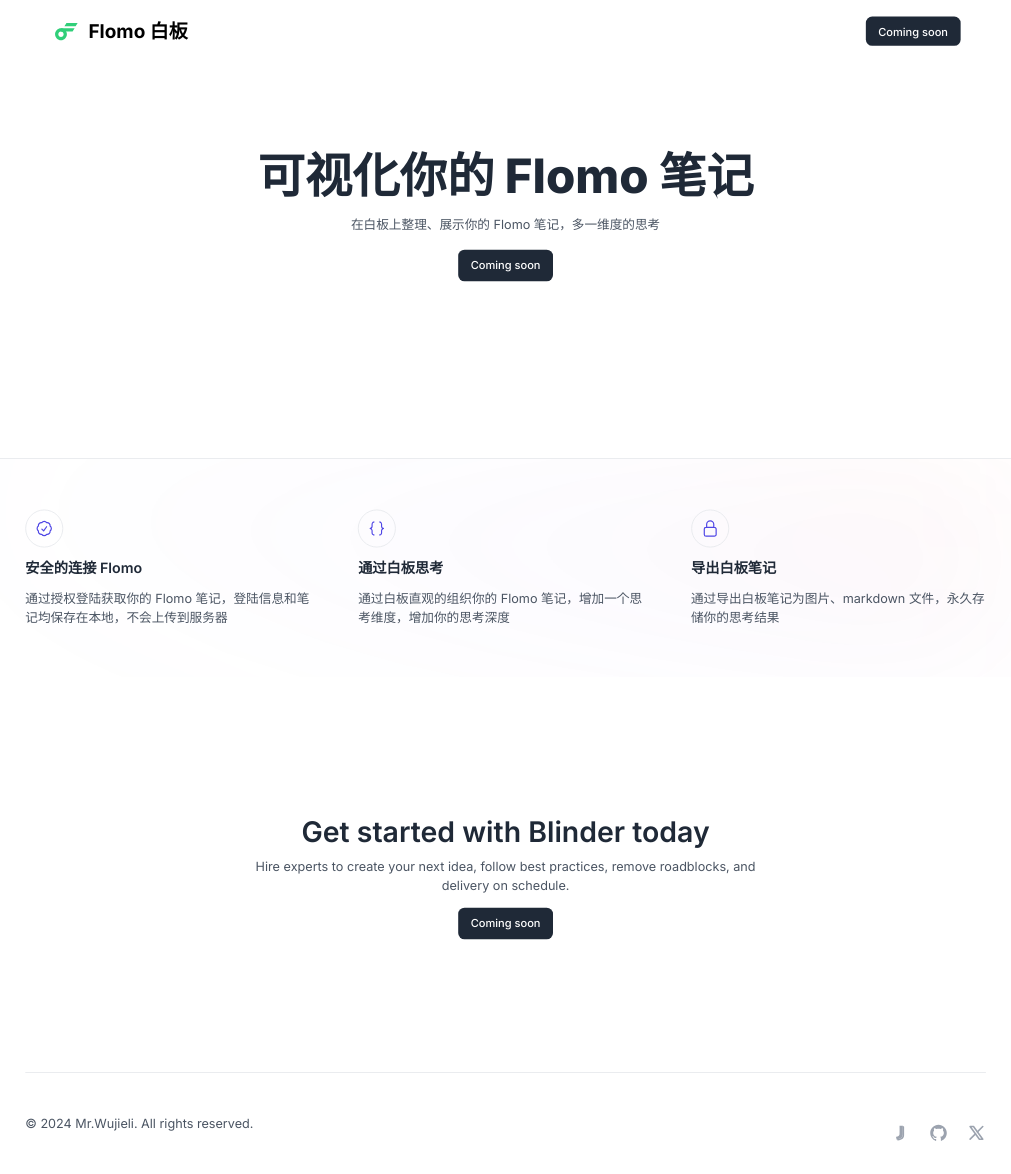
Repository: wujieli0207/flomo-board
Page: /
The author's editor kept a copy of each file at every save. The page is drawn from the files as they stood at one save, then again after the next save.
The browser window is 1280 px wide. The pictures show the whole page, at 79% of full size.
The project was rebuilt for these pictures with package versions that can differ from the ones it lists, and the page was loaded fresh each time. The framework's server and built-in components were replaced by stand-ins that run in the browser. Also part of the build but not shown: next.config.mjs.

Above is the page before, as saved 2024-06-22 20:26:35.

### app/page.tsx
import GradientWrapper from '@/components/GradientWrapper'
import Features from '@/components/ui/Features'
import Footer from '@/components/ui/Footer'
import FooterCTA from '@/components/ui/FooterCTA'
import Hero from '@/components/ui/Hero'
import Navbar from '@/components/ui/Navbar'

export default function Home() {
  return (
    <>
      <Navbar />
      <main className="flex min-h-screen flex-col items-center justify-between">
        <Hero />
        <GradientWrapper>
          <Features />
        </GradientWrapper>
        <FooterCTA />
      </main>
      <Footer />
    </>
  )
}

### app/globals.css
@tailwind base;
@tailwind components;
@tailwind utilities;

.custom-screen {
  @apply max-w-screen-xl mx-auto px-4 md:px-8;
}

.gradient-border {
  border: 1px solid transparent;
  background: linear-gradient(white, white),
    linear-gradient(
      25deg,
      rgba(209, 213, 219, 1),
      rgba(209, 213, 219, 1),
      rgba(0, 0, 0, 0.63),
      rgba(209, 213, 219, 1),
      rgba(209, 213, 219, 1)
    );
  background-clip: padding-box, border-box;
  background-origin: padding-box, border-box;
}

### components/GradientWrapper.tsx
import { ReactNode } from 'react'

interface IProps {
  children: ReactNode
  className?: string
}

const GradientWrapper = ({ children, className = '' }: IProps) => (
  <div
    className={`relative overflow-hidden my-16 border-t sm:my-28 ${
      className ?? ''
    }`}
  >
    <div
      className="blur-[100px] absolute inset-0 w-full h-full"
      style={{
        background:
          'linear-gradient(202.72deg, rgba(237, 78, 80, 0.05) 14.76%, rgba(152, 103, 240, 0.04) 34.37%, rgba(152, 103, 240, 0) 86.62%)',
      }}
    ></div>
    <div className="relative">{children}</div>
  </div>
)

export default GradientWrapper

### components/ui/Features/index.tsx
import SectionWrapper from '../../SectionWrapper'

const Features = () => {
  const features = [
    {
      icon: (
        <svg
          xmlns="http://www.w3.org/2000/svg"
          fill="none"
          viewBox="0 0 24 24"
          strokeWidth={1.5}
          stroke="currentColor"
          className="w-6 h-6"
        >
          <path
            strokeLinecap="round"
            strokeLinejoin="round"
            d="M9 12.75L11.25 15 15 9.75M21 12c0 1.268-.63 2.39-1.593 3.068a3.745 3.745 0 01-1.043 3.296 3.745 3.745 0 01-3.296 1.043A3.745 3.745 0 0112 21c-1.268 0-2.39-.63-3.068-1.593a3.746 3.746 0 01-3.296-1.043 3.745 3.745 0 01-1.043-3.296A3.745 3.745 0 013 12c0-1.268.63-2.39 1.593-3.068a3.745 3.745 0 011.043-3.296 3.746 3.746 0 013.296-1.043A3.746 3.746 0 0112 3c1.268 0 2.39.63 3.068 1.593a3.746 3.746 0 013.296 1.043 3.746 3.746 0 011.043 3.296A3.745 3.745 0 0121 12z"
          />
        </svg>
      ),
      title: '安全的连接 Flomo',
      desc: '通过授权登陆获取你的 Flomo 笔记，登陆信息和笔记均保存在本地，不会上传到服务器',
    },
    {
      icon: (
        <svg
          className="w-6 h-6"
          viewBox="0 0 24 24"
          fill="none"
          xmlns="http://www.w3.org/2000/svg"
        >
          <path
            fill-rule="evenodd"
            clip-rule="evenodd"
            d="M9 4.476V3H8.865C8.3955 3 7.941 3.093 7.5015 3.2775C7.06407 3.46087 6.66854 3.73136 6.339 4.0725C6.01829 4.39483 5.76667 4.77915 5.5995 5.202V5.2035C5.45069 5.60502 5.35097 6.02305 5.3025 6.4485V6.4515C5.25984 6.8816 5.24781 7.31419 5.2665 7.746C5.2845 8.181 5.2935 8.616 5.2935 9.0495C5.2935 9.354 5.2335 9.639 5.118 9.9075V9.909C4.89786 10.433 4.48805 10.8546 3.9705 11.0895C3.70659 11.2048 3.42148 11.2635 3.1335 11.262H3V12.738H3.135C3.4275 12.738 3.705 12.798 3.969 12.9195L3.9705 12.921C4.2375 13.038 4.464 13.197 4.653 13.398L4.656 13.401C4.851 13.596 5.0055 13.8285 5.1165 14.0985L5.118 14.1015C5.235 14.3715 5.2935 14.6535 5.2935 14.9505C5.2935 15.3855 5.2845 15.8205 5.2665 16.254C5.2485 16.698 5.2605 17.1315 5.3025 17.559V17.5605C5.352 17.985 5.451 18.3975 5.598 18.7965V18.798C5.757 19.2075 6.0045 19.584 6.339 19.9275C6.6735 20.2725 7.062 20.538 7.5015 20.7225C7.941 20.907 8.3955 21 8.8665 21H9V19.524H8.865C8.565 19.524 8.2845 19.467 8.0205 19.3515C7.76585 19.2325 7.53389 19.0701 7.335 18.8715C7.14192 18.666 6.98519 18.4291 6.8715 18.171C6.7605 17.901 6.7065 17.616 6.7065 17.3115C6.7065 16.9695 6.711 16.632 6.723 16.3035C6.735 15.9615 6.735 15.6285 6.723 15.306C6.71771 14.9845 6.69015 14.6637 6.6405 14.346C6.59278 14.0326 6.50819 13.726 6.3885 13.4325C6.15504 12.8646 5.77322 12.3698 5.283 12C5.77377 11.6304 6.15612 11.1356 6.39 10.5675C6.51 10.2795 6.5925 9.978 6.642 9.6645C6.6915 9.3495 6.7185 9.03 6.7245 8.7045C6.7365 8.3745 6.7365 8.0415 6.7245 7.7055C6.7125 7.3695 6.7065 7.0305 6.7065 6.6885C6.7039 6.25858 6.82703 5.83727 7.06076 5.47643C7.29448 5.11558 7.6286 4.83093 8.022 4.6575C8.28687 4.53605 8.57512 4.4741 8.8665 4.476H9ZM15 19.524V21H15.135C15.6045 21 16.059 20.907 16.4985 20.7225C16.938 20.538 17.3265 20.2725 17.661 19.9275C17.9955 19.5825 18.243 19.2075 18.4005 18.798V18.7965C18.5505 18.3975 18.648 17.982 18.6975 17.5515V17.5485C18.7395 17.1285 18.7515 16.698 18.7335 16.254C18.7155 15.819 18.7065 15.384 18.7065 14.9505C18.7065 14.646 18.7665 14.361 18.882 14.0925V14.091C19.1019 13.5668 19.5118 13.1452 20.0295 12.9105C20.2935 12.7954 20.5785 12.7367 20.8665 12.738H21V11.262H20.865C20.571 11.262 20.2935 11.202 20.0295 11.0805L20.028 11.079C19.7705 10.968 19.5382 10.8057 19.3455 10.602L19.3425 10.599C19.1443 10.3993 18.9878 10.1622 18.882 9.9015V9.8985C18.7648 9.63083 18.7045 9.34171 18.705 9.0495C18.705 8.6145 18.714 8.1795 18.732 7.746C18.7507 7.3107 18.7387 6.87461 18.696 6.441V6.4395C18.6474 6.01715 18.5482 5.60217 18.4005 5.2035V5.202C18.2329 4.77902 17.9807 4.39469 17.6595 4.0725C17.3299 3.7314 16.9344 3.46091 16.497 3.2775C16.0653 3.09415 15.601 2.99977 15.132 3H15V4.476H15.135C15.435 4.476 15.7155 4.533 15.978 4.6485C16.239 4.7715 16.467 4.9305 16.6635 5.1285C16.854 5.3295 17.0085 5.5635 17.127 5.829C17.238 6.099 17.292 6.384 17.292 6.6885C17.292 7.0305 17.2875 7.3665 17.2755 7.6965C17.2635 8.0385 17.2635 8.3715 17.2755 8.694C17.2815 9.027 17.3085 9.3465 17.358 9.654C17.4075 9.975 17.4915 10.278 17.61 10.5675C17.8439 11.1356 18.2263 11.6303 18.717 12C18.2263 12.3697 17.8439 12.8644 17.61 13.4325C17.4912 13.7227 17.4066 14.0257 17.358 14.3355C17.3085 14.6505 17.2815 14.97 17.2755 15.2955C17.2634 15.6284 17.2634 15.9616 17.2755 16.2945C17.2875 16.6305 17.2935 16.9695 17.2935 17.3115C17.2959 17.7414 17.1727 18.1626 16.939 18.5234C16.7053 18.8842 16.3713 19.1689 15.978 19.3425C15.7131 19.4639 15.4249 19.5259 15.1335 19.524H15Z"
            fill="currentColor"
          />
        </svg>
      ),
      title: '通过白板思考',
      desc: '通过白板直观的组织你的 Flomo 笔记，增加一个思考维度，增加你的思考深度',
    },
    {
      icon: (
        <svg
          xmlns="http://www.w3.org/2000/svg"
          fill="none"
          viewBox="0 0 24 24"
          strokeWidth={1.5}
          stroke="currentColor"
          className="w-6 h-6"
        >
          <path
            strokeLinecap="round"
            strokeLinejoin="round"
            d="M16.5 10.5V6.75a4.5 4.5 0 10-9 0v3.75m-.75 11.25h10.5a2.25 2.25 0 002.25-2.25v-6.75a2.25 2.25 0 00-2.25-2.25H6.75a2.25 2.25 0 00-2.25 2.25v6.75a2.25 2.25 0 002.25 2.25z"
          />
        </svg>
      ),
      title: '导出白板笔记',
      desc: '通过导出白板笔记为图片、markdown 文件，永久存储你的思考结果',
    },
  ]

  return (
    <SectionWrapper>
      <div id="features" className="custom-screen text-gray-600">
        <ul className="grid gap-x-12 gap-y-8 sm:grid-cols-2 lg:grid-cols-3">
          {features.map((item, idx) => (
            <li key={idx} className="space-y-3">
              <div className="w-12 h-12 border text-indigo-600 rounded-full flex items-center justify-center">
                {item.icon}
              </div>
              <h4 className="text-lg text-gray-800 font-semibold">
                {item.title}
              </h4>
              <p>{item.desc}</p>
            </li>
          ))}
        </ul>
      </div>
    </SectionWrapper>
  )
}

export default Features

### components/ui/Footer/index.tsx
import Link from 'next/link'

const socialInfo = [
  {
    icon: (
      <svg
        className="fill-current h-6"
        viewBox="0 0 1024 1024"
        version="1.1"
        xmlns="http://www.w3.org/2000/svg"
        p-id="11966"
      >
        <path
          d="M297.88660622 864.60698169a17.99472925 17.99472925 0 0 1-1.92238933 0.35535076l61.27179093 59.73970488c58.91832035-5.41181725 116.59000035-20.90744035 159.05150293-36.26325333 42.49645511-15.39076551 77.44316302-35.15642311 104.9100288-59.38435413a221.79130027 221.79130027 0 0 0 61.02129778-87.27647574c13.18293049-33.98551325 19.77148302-73.20225565 19.77148302-117.66187804V404.55008711c0-49.51608889 0.18058809-92.43779982 0.53593885-128.73600569 0.35535075-36.3331584 0.57089138-69.10698382 0.57089138-98.42633387l-68.53609245-54.67741297c0 29.24361955-0.18058809 62.01744498-0.53593884 98.31565084s-0.53593885 79.22574222-0.53593884 128.73600569v219.57763982c0 44.45379698-6.58855253 83.6763648-19.77148303 117.62692552a221.8786816 221.8786816 0 0 1-61.02129777 87.27647573c-27.43191325 24.2221056-62.40774827 44.02854115-104.9100288 59.38435413-41.93138915 15.16357405-91.9076864 25.49787307-149.89976463 30.97959538z"
          p-id="11967"
        ></path>
        <path
          d="M634.59018525 122.59965155c0 29.27857209-0.21554062 62.08735005-0.57089138 98.39138134a13396.43221333 13396.43221333 0 0 0-0.53593885 128.77678364v219.57763982c0 44.45379698-6.58855253 83.6763648-19.80643555 117.62692552a221.85537991 221.85537991 0 0 1-60.98634525 87.27647573c-27.46686578 24.2221056-62.44852622 44.02854115-104.9100288 59.38435413s-93.15432675 25.75419165-152.07264711 31.17183432l-33.05927111-142.02379378c26.85519645-2.98261618 53.48320142-7.79441493 79.68595058-14.38879289a165.97210453 165.97210453 0 0 0 59.62902187-28.46301298c18.05880889-14.06839467 31.70194773-31.77767822 40.96436906-53.1103744 9.19251627-21.3385216 13.78294898-49.51608889 13.78294898-84.5676544 0-28.21251982 0.1048576-57.92217315 0.28544569-89.19886507 0.18058809-31.24173938 0.25049315-63.51457849 0.25049315-96.74861226 0-57.85226809-0.25049315-103.83815111-0.786432-137.99842702-0.57089138-34.16027591-0.9961472-66.04281173-1.35149795-95.68256h179.42882987l0.0524288-0.0233017z"
          p-id="11968"
        ></path>
      </svg>
    ),
    href: 'https://web.okjike.com/u/737645D8-42B5-4B4F-9687-DCA50D85DE1A',
  },
  {
    icon: (
      <svg
        className="fill-current h-6 icon"
        viewBox="0 0 1024 1024"
        version="1.1"
        xmlns="http://www.w3.org/2000/svg"
        p-id="10708"
      >
        <path
          d="M511.6 76.3C264.3 76.2 64 276.4 64 523.5 64 718.9 189.3 885 363.8 946c23.5 5.9 19.9-10.8 19.9-22.2v-77.5c-135.7 15.9-141.2-73.9-150.3-88.9C215 726 171.5 718 184.5 703c30.9-15.9 62.4 4 98.9 57.9 26.4 39.1 77.9 32.5 104 26 5.7-23.5 17.9-44.5 34.7-60.8-140.6-25.2-199.2-111-199.2-213 0-49.5 16.3-95 48.3-131.7-20.4-60.5 1.9-112.3 4.9-120 58.1-5.2 118.5 41.6 123.2 45.3 33-8.9 70.7-13.6 112.9-13.6 42.4 0 80.2 4.9 113.5 13.9 11.3-8.6 67.3-48.8 121.3-43.9 2.9 7.7 24.7 58.3 5.5 118 32.4 36.8 48.9 82.7 48.9 132.3 0 102.2-59 188.1-200 212.9 23.5 23.2 38.1 55.4 38.1 91v112.5c0.8 9 0 17.9 15 17.9 177.1-59.7 304.6-227 304.6-424.1 0-247.2-200.4-447.3-447.5-447.3z"
          p-id="10709"
        ></path>
      </svg>
    ),
    href: 'https://github.com/wujieli0207',
  },
  {
    icon: (
      <svg
        xmlns="http://www.w3.org/2000/svg"
        width="24"
        height="24"
        viewBox="0 0 24 24"
        fill="none"
        stroke="currentColor"
        stroke-width="2"
        stroke-linecap="round"
        stroke-linejoin="round"
      >
        <path stroke="none" d="M0 0h24v24H0z" fill="none" />
        <path d="M4 4l11.733 16h4.267l-11.733 -16z" />
        <path d="M4 20l6.768 -6.768m2.46 -2.46l6.772 -6.772" />
      </svg>
    ),
    href: 'https://x.com/li_wujie',
  },
]

const Footer = () => (
  <footer>
    <div className="custom-screen pt-16">
      <div className="mt-10 py-10 border-t items-center justify-between sm:flex">
        <p className="text-gray-600">
          © 2024{' '}
          <Link
            href="https://wujieli.com"
            target="_blank"
            className="hover:text-gray-800 hover:underline duration-150"
          >
            Mr.Wujieli
          </Link>
          . All rights reserved.
        </p>
        <div className="flex items-center gap-x-6 text-gray-400 mt-6">
          {socialInfo.map((item, idx) => (
            <a
              key={idx}
              href={item.href}
              aria-label="social media"
              target="_blank"
              rel="noreferrer"
            >
              {item.icon}
            </a>
          ))}
        </div>
      </div>
    </div>
  </footer>
)

export default Footer

### components/ui/FooterCTA/index.tsx
import SectionWrapper from '../../SectionWrapper'
import NavLink from '../NavLink'

const FooterCTA = () => (
  <SectionWrapper>
    <div className="custom-screen">
      <div className="max-w-2xl mx-auto text-center">
        <h2 className="text-gray-800 text-3xl font-semibold sm:text-4xl">
          Get started with Blinder today
        </h2>
        <p className="mt-3 text-gray-600">
          Hire experts to create your next idea, follow best practices, remove
          roadblocks, and delivery on schedule.
        </p>
        <NavLink
          href="/"
          className="mt-4 inline-block font-medium text-sm text-white bg-gray-800 hover:bg-gray-600 active:bg-gray-900"
        >
          Coming soon
        </NavLink>
      </div>
    </div>
  </SectionWrapper>
)

export default FooterCTA

### components/ui/Hero/index.tsx
import NavLink from '../NavLink'

const Hero = () => (
  <section>
    <div className="custom-screen py-28 text-gray-600">
      <div className="space-y-5 max-w-4xl mx-auto text-center">
        <h1 className="text-4xl text-gray-800 font-extrabold mx-auto sm:text-6xl">
          可视化你的 Flomo 笔记
        </h1>
        <p className="max-w-xl mx-auto">
          在白板上整理、展示你的 Flomo 笔记，多一维度的思考
        </p>
        <div className="flex items-center justify-center gap-x-3 font-medium text-sm">
          <NavLink
            href="/"
            className="text-white bg-gray-800 hover:bg-gray-600 active:bg-gray-900 "
          >
            Coming soon
          </NavLink>
          {/* <NavLink
            href="#cta"
            className="text-gray-700 border hover:bg-gray-50"
          >
            Learn more
          </NavLink> */}
        </div>
      </div>
    </div>
  </section>
)

export default Hero

### components/ui/Navbar/index.tsx
'use client'

import Link from 'next/link'
import { useEffect, useState } from 'react'
import Brand from '../Brand'
import NavLink from '../NavLink'

const Navbar = () => {
  const [state, setState] = useState(false)
  // const { events } = useRouter()

  // const navigation = [{ title: 'Features', path: '#features' }]

  useEffect(() => {
    // Close the navbar menu when navigate
    const handleState = () => {
      document.body.classList.remove('overflow-hidden')
      setState(false)
    }
    // events.on('routeChangeStart', () => handleState())
    // events.on('hashChangeStart', () => handleState())
  }, [])

  const handleNavMenu = () => {
    setState(!state)
    document.body.classList.toggle('overflow-hidden')
  }

  return (
    <nav
      className={`bg-white w-full px-8 md:static md:text-sm ${
        state ? 'fixed z-10 h-full' : ''
      }`}
    >
      <div className="custom-screen items-center mx-auto md:flex">
        <div className="flex items-center justify-between py-3 md:py-5 md:block">
          <Brand />
          <div className="md:hidden">
            <button
              role="button"
              aria-label="Open the menu"
              className="text-gray-500 hover:text-gray-800"
              onClick={handleNavMenu}
            >
              {state ? (
                <svg
                  xmlns="http://www.w3.org/2000/svg"
                  className="h-6 w-6"
                  viewBox="0 0 20 20"
                  fill="currentColor"
                >
                  <path
                    fillRule="evenodd"
                    d="M4.293 4.293a1 1 0 011.414 0L10 8.586l4.293-4.293a1 1 0 111.414 1.414L11.414 10l4.293 4.293a1 1 0 01-1.414 1.414L10 11.414l-4.293 4.293a1 1 0 01-1.414-1.414L8.586 10 4.293 5.707a1 1 0 010-1.414z"
                    clipRule="evenodd"
                  />
                </svg>
              ) : (
                <svg
                  xmlns="http://www.w3.org/2000/svg"
                  fill="none"
                  viewBox="0 0 24 24"
                  strokeWidth={1.5}
                  stroke="currentColor"
                  className="w-6 h-6"
                >
                  <path
                    strokeLinecap="round"
                    strokeLinejoin="round"
                    d="M3.75 6.75h16.5M3.75 12h16.5m-16.5 5.25h16.5"
                  />
                </svg>
              )}
            </button>
          </div>
        </div>
        <div
          className={`flex-1 pb-3 mt-8 md:pb-0 md:mt-0 md:block ${
            state ? '' : 'hidden'
          }`}
        >
          <ul className="text-gray-700 justify-end items-center space-y-6 md:flex md:space-x-6 md:space-y-0 md:text-gray-600 md:font-medium">
            {/* {navigation.map((item, idx) => {
              return (
                <li key={idx} className="duration-150 hover:text-gray-900">
                  <Link href={item.path} className="block">
                    {item.title}
                  </Link>
                </li>
              )
            })} */}
            <li>
              <NavLink
                href="/"
                className="block font-medium text-sm text-white bg-gray-800 hover:bg-gray-600 active:bg-gray-900 md:inline"
              >
                Coming soon
              </NavLink>
            </li>
          </ul>
        </div>
      </div>
    </nav>
  )
}

export default Navbar

### components/SectionWrapper.tsx
import { ReactNode } from 'react'

interface IProps {
  children: ReactNode
  id?: string
  className?: string
}

const SectionWrapper = ({ children, id, className }: IProps) => (
  <section id={id} className={`py-16 ${className ?? ''}`}>
    {children}
  </section>
)

export default SectionWrapper

### components/ui/NavLink/index.tsx
import Link from 'next/link'
import { ReactNode } from 'react'

interface IProps {
  children: ReactNode
  href: string
  className?: string
}

const NavLink = ({ children, href, className = '' }: IProps) => (
  <Link
    href={href}
    className={`py-2.5 px-4 text-center rounded-lg duration-150 ${className}`}
  >
    {children}
  </Link>
)

export default NavLink

### components/ui/Brand/index.tsx
import Image from 'next/image'
import Link from 'next/link'

const Brand = () => (
  <Link href="/" className="flex items-center">
    <Image src="/logo.svg" width={40} height={40} alt="logo" />
    <h1 className="ml-2 text-2xl font-bold">Flomo 白板</h1>
  </Link>
)
export default Brand

### tailwind.config.ts
import type { Config } from 'tailwindcss'

const config: Config = {
  content: [
    './pages/**/*.{js,ts,jsx,tsx,mdx}',
    './components/**/*.{js,ts,jsx,tsx,mdx}',
    './app/**/*.{js,ts,jsx,tsx,mdx}',
  ],
  theme: {
    extend: {
      backgroundImage: {
        'gradient-radial': 'radial-gradient(var(--tw-gradient-stops))',
        'gradient-conic':
          'conic-gradient(from 180deg at 50% 50%, var(--tw-gradient-stops))',
      },
    },
  },
  plugins: [
    require('@tailwindcss/forms')({
      strategy: 'class', // only generate classes
    }),
  ],
}
export default config

Loaded but not shown: app/layout.tsx (common file)

After the next save:
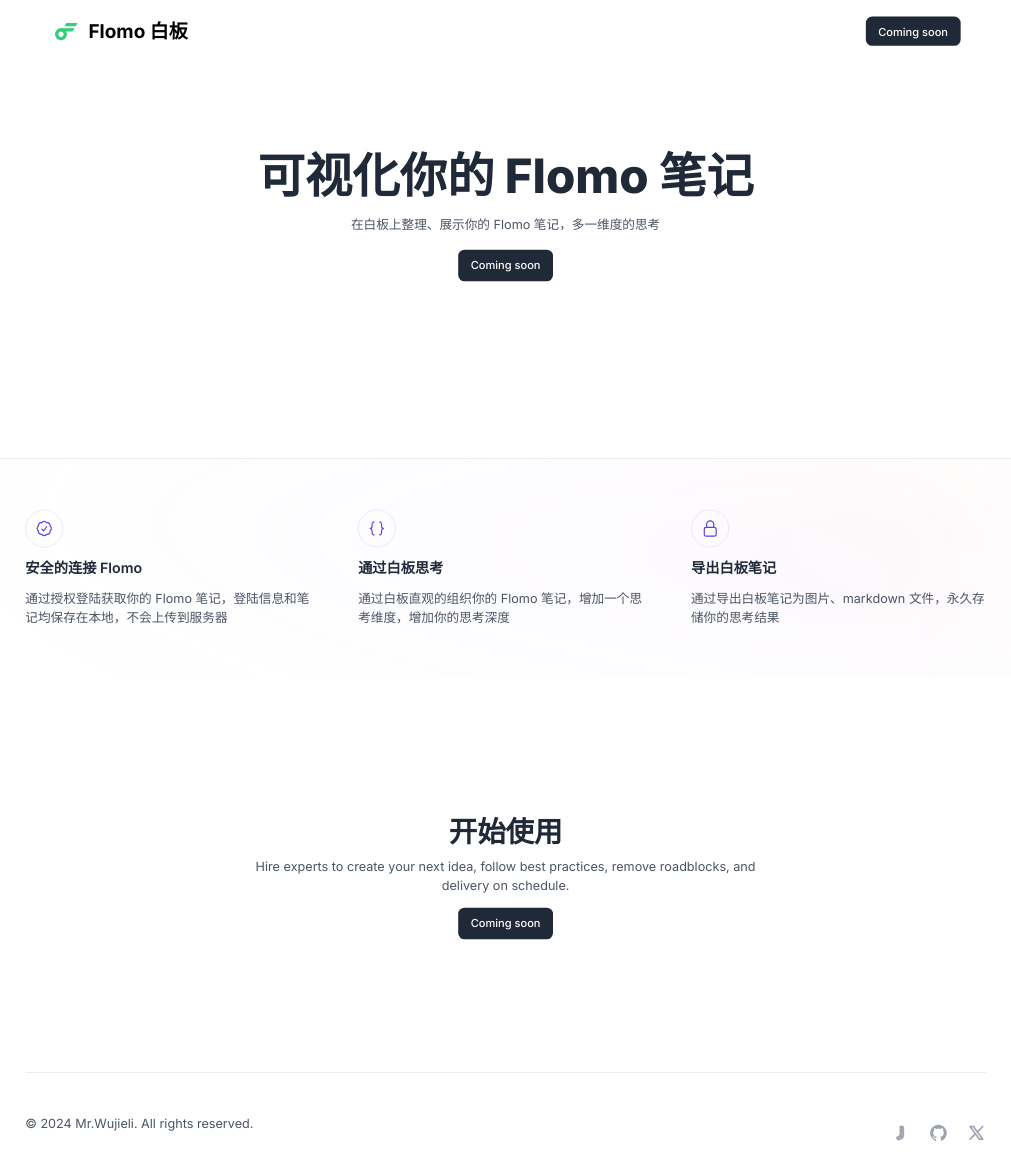
Saved 10 s later.
--- a/components/ui/FooterCTA/index.tsx
+++ b/components/ui/FooterCTA/index.tsx
@@ -6,7 +6,7 @@
     <div className="custom-screen">
       <div className="max-w-2xl mx-auto text-center">
         <h2 className="text-gray-800 text-3xl font-semibold sm:text-4xl">
-          Get started with Blinder today
+          开始使用
         </h2>
         <p className="mt-3 text-gray-600">
           Hire experts to create your next idea, follow best practices, remove
